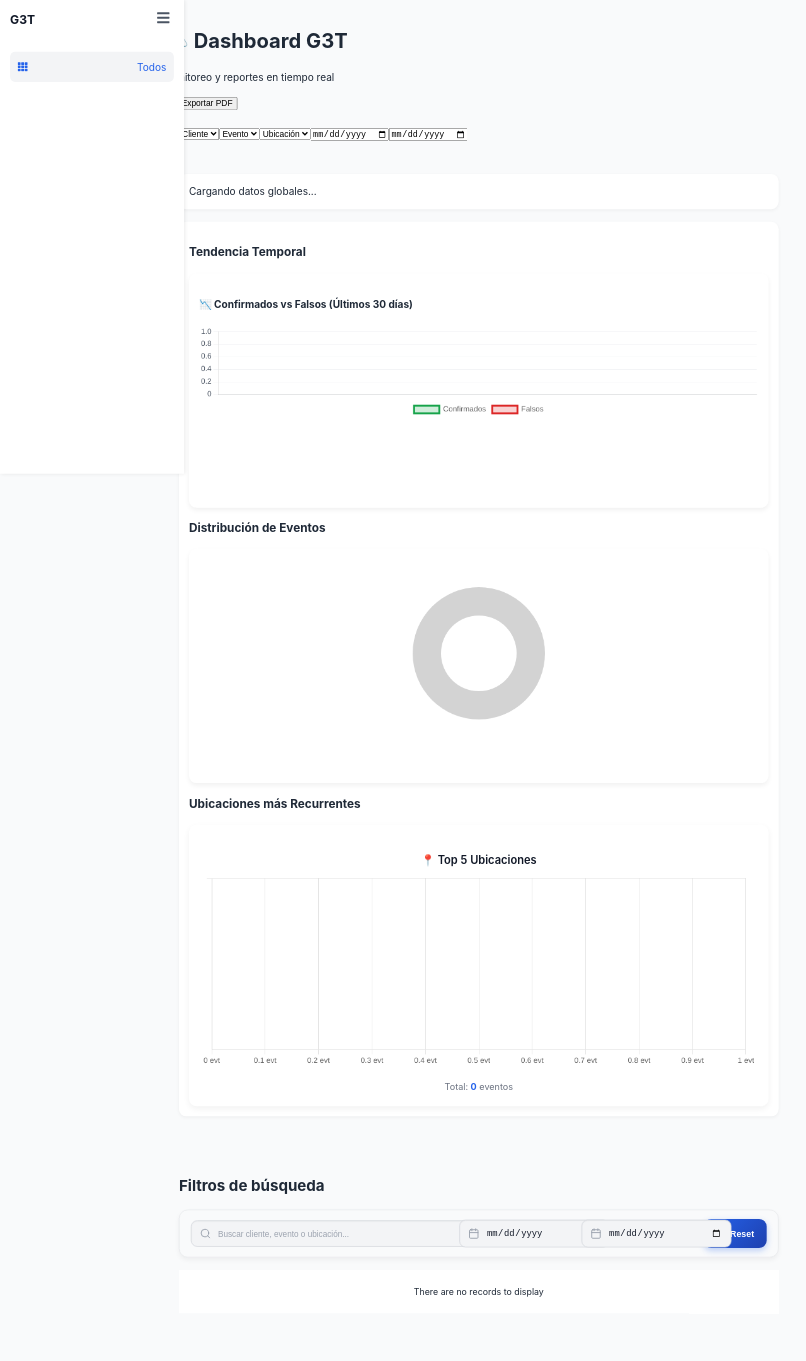
Repository: BBrian11/reportes
Page: /
An editor plug-in stored every save of this project. The page is shown before and after the next save, followed by the edit.
The browser window is 1280 px wide. The pictures show the whole page, at 63% of full size.
The page's requests for data from a server got no answer. The project was rebuilt for these pictures with package versions that can differ from the ones it lists, and the page was loaded fresh each time. Some packages were replaced by stand-ins written for this rebuild. No one was signed in, and anything a server would have sent is missing. Also part of the build but not shown: vite.config.js, src/components/Dashboard/BarChart.jsx, src/styles/tgsstats.css, src/components/Dashboard/TgsStats.jsx, src/styles/edificiostats.css, src/components/Dashboard/EdificioStats.jsx, src/styles/vtvstats.css, src/components/Dashboard/VtvStats.jsx and 6 more.

Above is the page before, as saved 2025-08-01 13:07:38.

### index.html
<!DOCTYPE html>
<html lang="es">
  <head>
    <meta charset="UTF-8" />
    <meta name="viewport" content="width=device-width, initial-scale=1.0" />
    <title>Dashboard G3T</title>
  </head>
  <body>
    <div id="root"></div>
    <script type="module" src="/src/main.jsx"></script>
  </body>
</html>

### src/main.jsx
import React from "react";
import ReactDOM from "react-dom/client";
import App from "./App.jsx";
import "./styles/dashboard.css";
import "./styles/form.css";

ReactDOM.createRoot(document.getElementById("root")).render(
  <React.StrictMode>
    <App />
  </React.StrictMode>
);

### src/App.jsx
import React from "react";
import Dashboard from "./components/Dashboard/Dashboard.jsx";

export default function App() {
  return <Dashboard />;
}

### src/components/Dashboard/Sidebar.jsx
import React, { useState, useMemo } from "react";
import {
  FaBars,
  FaBuilding,
  FaTools,
  FaCar,
  FaHome,
  FaTh,
  FaChevronDown,
  FaChevronUp,
} from "react-icons/fa";
import "../../styles/sidebar.css";

export default function Sidebar({ eventos, onSelectCliente, onSelectUbicacion }) {
  const [collapsed, setCollapsed] = useState(false);
  const [activeCliente, setActiveCliente] = useState("Todos");
  const [expanded, setExpanded] = useState(null);
  const [searchTerm, setSearchTerm] = useState("");

  // ✅ Construir estructura: Cliente -> Grupo -> Ubicación
  const estructura = useMemo(() => {
    const map = {};

    eventos.forEach((e) => {
      const cliente = e.cliente || "Otros";
      const grupo = e.grupo || e.ubicacion?.split(" ")[0] || "General"; // Ej: "Edificio CALVO"
      const ubicacion = e.ubicacion || "Sin ubicación";

      if (!map[cliente]) {
        map[cliente] = {};
      }
      if (!map[cliente][grupo]) {
        map[cliente][grupo] = new Set();
      }
      map[cliente][grupo].add(ubicacion);
    });

    return map; // { Cliente: { Grupo: [Ubicaciones] } }
  }, [eventos]);

  const iconos = {
    TGS: <FaTools />,
    Edificios: <FaBuilding />,
    VTV: <FaCar />,
    Barrios: <FaHome />,
    Todos: <FaTh />,
  };

  const handleSelectCliente = (cliente) => {
    setActiveCliente(cliente);
    onSelectCliente(cliente);
  };

  const toggleExpand = (cliente) => {
    setExpanded(expanded === cliente ? null : cliente);
    setSearchTerm(""); // Reset búsqueda
  };

  return (
    <aside className={`sidebar ${collapsed ? "collapsed" : ""}`}>
      <div className="sidebar-header">
        {!collapsed && <span className="logo-text">G3T</span>}
        <button className="toggle-btn" onClick={() => setCollapsed(!collapsed)}>
          <FaBars />
        </button>
      </div>

      <nav>
        <ul>
          {/* Opción general */}
          <li
            className={`sidebar-link ${activeCliente === "Todos" ? "active" : ""}`}
            onClick={() => handleSelectCliente("Todos")}
          >
            {iconos.Todos} {!collapsed && <span>Todos</span>}
          </li>

          {/* Clientes dinámicos */}
          {Object.keys(estructura).map((cliente, idx) => (
            <li key={idx} className="sidebar-item">
              <div
                className={`sidebar-link ${activeCliente === cliente ? "active" : ""}`}
                onClick={() => handleSelectCliente(cliente)}
              >
                {iconos[cliente] || <FaBuilding />}
                {!collapsed && (
                  <>
                    <span>{cliente}</span>
                    <button
                      className="expand-btn"
                      onClick={(e) => {
                        e.stopPropagation();
                        toggleExpand(cliente);
                      }}
                    >
                      {expanded === cliente ? <FaChevronUp /> : <FaChevronDown />}
                    </button>
                  </>
                )}
              </div>

              {/* Submenú: grupos y ubicaciones */}
              {expanded === cliente && !collapsed && (
                <div className="sub-menu">
                  <input
                    type="text"
                    placeholder="Buscar ubicación..."
                    value={searchTerm}
                    onChange={(e) => setSearchTerm(e.target.value)}
                    className="search-input"
                  />

                  <div className="scrollable-list">
                    {Object.keys(estructura[cliente]).map((grupo, gIdx) => (
                      <div key={gIdx} className="grupo">
                        <strong>{grupo}</strong>
                        <ul>
                          {[...estructura[cliente][grupo]]
                            .filter((u) =>
                              u.toLowerCase().includes(searchTerm.toLowerCase())
                            )
                            .map((ubicacion, i) => (
                              <li
                                key={i}
                                onClick={() => onSelectUbicacion(cliente, ubicacion)}
                                className="sub-item"
                              >
                                {ubicacion}
                              </li>
                            ))}
                        </ul>
                      </div>
                    ))}
                  </div>
                </div>
              )}
            </li>
          ))}
        </ul>
      </nav>
    </aside>
  );
}

### src/components/Dashboard/Header.jsx
import React from 'react';

export default function Header() {
  return (
    <div className="bg-gradient-to-r from-blue-700 to-indigo-800 text-white p-4 rounded-lg shadow-md flex justify-between items-center mb-4">
      <div>
        <h1 className="text-xl font-bold">📡 Dashboard G3T</h1>
        <p className="text-sm">Monitoreo y reportes en tiempo real</p>
      </div>
      <button className="bg-white text-blue-900 px-4 py-2 rounded shadow hover:bg-gray-200 transition">
        📄 Exportar PDF
      </button>
    </div>
  );
}

### src/components/Dashboard/Filters.jsx
import React from 'react';

export default function Filters() {
  return (
    <div className="bg-white p-4 rounded-lg shadow mb-4 flex flex-wrap gap-2">
      <select className="border p-2 rounded w-full md:w-auto">
        <option>Cliente</option>
      </select>
      <select className="border p-2 rounded w-full md:w-auto">
        <option>Evento</option>
      </select>
      <select className="border p-2 rounded w-full md:w-auto">
        <option>Ubicación</option>
      </select>
      <input type="date" className="border p-2 rounded w-full md:w-auto" />
      <input type="date" className="border p-2 rounded w-full md:w-auto" />
    </div>
  );
}

### src/components/Dashboard/Charts.jsx
import React from "react";
import BarChart from "./BarChart";
import PieChart from "./PieChart";
import LineChart from "./LineChart";
import HorizontalChart from "./HorizontalChart";
import {
  Chart as ChartJS,
  CategoryScale,
  LinearScale,
  BarElement,
  ArcElement,
  PointElement,
  LineElement,
  Title,
  Tooltip,
  Legend,
} from "chart.js";

ChartJS.register(
  CategoryScale,
  LinearScale,
  BarElement,
  ArcElement,
  PointElement,
  LineElement,
  Title,
  Tooltip,
  Legend
);

export default function Charts({ eventos }) {
  return (
    <div className="grid grid-cols-1 lg:grid-cols-2 xl:grid-cols-3 gap-6 mb-6">
      {/* ✅ Eventos por mes */}


      {/* ✅ Tendencia Temporal */}
      <div className="bg-white rounded-xl shadow p-4 hover:shadow-lg transition">
        <h3 className="text-lg font-semibold mb-4">Tendencia Temporal</h3>
        <LineChart eventos={eventos} />
      </div>

      {/* ✅ Distribución por Tipo de Evento */}
      <div className="bg-white rounded-xl shadow p-4 hover:shadow-lg transition">
        <h3 className="text-lg font-semibold mb-4">Distribución de Eventos</h3>
        <PieChart eventos={eventos} />
      </div>

      {/* ✅ Ubicaciones más Recurrentes */}
      <div className="bg-white rounded-xl shadow p-4 hover:shadow-lg transition col-span-2">
        <h3 className="text-lg font-semibold mb-4">Ubicaciones más Recurrentes</h3>
        <HorizontalChart eventos={eventos} />
      </div>

      {/* ✅ Comparativa Día vs Noche */}

    </div>
  );
}

### src/styles/sidebar.css
.sidebar {
    width: 260px;
    background: #fff;
    height: 100vh;
    position: fixed;
    top: 0;
    left: 0;
    display: flex;
    flex-direction: column;
    padding: 16px;
    box-shadow: 2px 0 6px rgba(0, 0, 0, 0.08);
    transition: width 0.3s ease;
    overflow: hidden;
  }

  .sidebar.collapsed {
    width: 80px;
  }

  .sidebar-header {
    display: flex;
    justify-content: space-between;
    align-items: center;
    margin-bottom: 20px;
  }

  .logo-text {
    font-size: 1.2rem;
    font-weight: 700;
    color: #111827;
  }

  .toggle-btn {
    background: none;
    border: none;
    font-size: 1.4rem;
    cursor: pointer;
    color: #4b5563;
  }

  .sidebar ul {
    list-style: none;
    padding: 0;
  }

  .sidebar-item {
    margin-bottom: 6px;
  }

  .sidebar-link {
    display: flex;
    align-items: center;
    justify-content: space-between;
    padding: 12px;
    border-radius: 8px;
    color: #374151;
    cursor: pointer;
    transition: background 0.2s ease;
  }

  .sidebar-link:hover,
  .sidebar-link.active {
    background: #f3f4f6;
    color: #2563eb;
  }

  .sub-menu {
    background: #f9fafb;
    margin-top: 6px;
    border-radius: 6px;
    padding: 8px;
  }

  .search-input {
    width: 100%;
    padding: 6px 10px;
    border-radius: 6px;
    border: 1px solid #d1d5db;
    margin-bottom: 8px;
    font-size: 0.9rem;
  }

  .scrollable-list {
    max-height: 180px; /* ✅ Scroll interno */
    overflow-y: auto;
  }

  .scrollable-list ul {
    list-style: none;
    padding-left: 12px;
    margin: 4px 0;
  }

  .sub-item {
    padding: 6px;
    cursor: pointer;
    border-radius: 4px;
    font-size: 0.9rem;
    color: #4b5563;
  }

  .sub-item:hover {
    background: #e5e7eb;
    color: #111827;
  }

  .grupo {
    margin-bottom: 8px;
  }

  .grupo strong {
    font-size: 0.85rem;
    color: #6b7280;
    display: block;
    margin-bottom: 4px;
  }

### src/components/Dashboard/PieChart.jsx
// src/components/Dashboard/PieChart.jsx
import React, { useEffect } from "react";
import * as echarts from "echarts";

export default function PieChart({ eventos }) {
  useEffect(() => {
    const chartDom = document.getElementById("pieChart");
    const myChart = echarts.init(chartDom);

    const eventCounts = {};
    eventos.forEach((e) => {
      eventCounts[e.evento] = (eventCounts[e.evento] || 0) + 1;
    });

    const data = Object.keys(eventCounts).map((key) => ({
      name: key,
      value: eventCounts[key],
    }));

    myChart.setOption({
      tooltip: { trigger: "item" },
      series: [
        {
          type: "pie",
          radius: ["40%", "70%"],
          avoidLabelOverlap: false,
          label: { show: true, formatter: "{b}: {c}" },
          data: data,
        },
      ],
    });

    return () => myChart.dispose();
  }, [eventos]);

  return   <div className="bar-chart-card"><div id="pieChart" style={{ height: "300px" }}></div></div>;
}

### src/components/Dashboard/LineChart.jsx
import { Line } from "react-chartjs-2";

export default function LineChart({ eventos }) {
  // ✅ Filtrar últimos 30 días
  const hoy = new Date();
  const hace30dias = new Date();
  hace30dias.setDate(hoy.getDate() - 30);

  const ultimosEventos = eventos.filter(
    (e) => e.fechaObj && e.fechaObj >= hace30dias && e.fechaObj <= hoy
  );

  // ✅ Agrupar confirmados vs falsos por día
  const grouped = {};
  ultimosEventos.forEach((e) => {
    const key = e.fechaObj.toLocaleDateString("es-AR", {
      day: "2-digit",
      month: "short",
    });

    if (!grouped[key]) grouped[key] = { confirmados: 0, falsos: 0 };
    if (e.evento.toLowerCase().includes("confirmado")) {
      grouped[key].confirmados += 1;
    } else if (e.evento.toLowerCase().includes("falso")) {
      grouped[key].falsos += 1;
    }
  });

  // ✅ Ordenar fechas
  const sortedKeys = Object.keys(grouped).sort((a, b) => {
    const parseKey = (str) => {
      const [day, month] = str.split(" ");
      const meses = [
        "ene", "feb", "mar", "abr", "may", "jun",
        "jul", "ago", "sep", "oct", "nov", "dic"
      ];
      return new Date(new Date().getFullYear(), meses.indexOf(month), parseInt(day));
    };
    return parseKey(a) - parseKey(b);
  });

  const data = {
    labels: sortedKeys,
    datasets: [
      {
        label: "Confirmados",
        data: sortedKeys.map((k) => grouped[k].confirmados),
        borderColor: "#16a34a",
        backgroundColor: "rgba(22, 163, 74, 0.2)",
        fill: true,
        tension: 0.3,
        pointBackgroundColor: "#16a34a",
      },
      {
        label: "Falsos",
        data: sortedKeys.map((k) => grouped[k].falsos),
        borderColor: "#dc2626",
        backgroundColor: "rgba(220, 38, 38, 0.2)",
        fill: true,
        tension: 0.3,
        pointBackgroundColor: "#dc2626",
      },
    ],
  };

  const options = {
    responsive: true,
    maintainAspectRatio: false,
    plugins: {
      legend: { position: "bottom" },
      tooltip: {
        callbacks: {
          label: (ctx) => `${ctx.dataset.label}: ${ctx.parsed.y} eventos`,
        },
      },
    },
    scales: {
      x: {
        ticks: { color: "#4b5563", font: { size: 12 } },
        grid: { display: false },
      },
      y: {
        beginAtZero: true,
        ticks: { color: "#4b5563" },
        grid: { color: "#f3f4f6" },
      },
    },
  };

  return (
    <div className="bar-chart-card">
    <div className="line-chart-card">
      <h4 className="line-chart-title">📉 Confirmados vs Falsos (Últimos 30 días)</h4>
      <div className="line-chart-wrapper">
        <Line data={data} options={options} />
      </div>
    </div>    </div>
  );
}

### src/components/Dashboard/HorizontalChart.jsx
import { Bar } from "react-chartjs-2";
import "../../styles/horizontalchart.css"; // ✅ Nueva hoja de estilos

export default function HorizontalChart({ eventos }) {
  const countByLocation = {};
  eventos.forEach(e => {
    countByLocation[e.ubicacion] = (countByLocation[e.ubicacion] || 0) + 1;
  });

  const sorted = Object.entries(countByLocation)
    .sort((a, b) => b[1] - a[1])
    .slice(0, 5);

  const labels = sorted.map(([loc]) => loc);
  const values = sorted.map(([_, count]) => count);
  const total = values.reduce((a, b) => a + b, 0);

  const colors = ["#2563eb", "#16a34a", "#f59e0b", "#dc2626", "#6b7280"];

  const data = {
    labels,
    datasets: [
      {
        label: "Eventos",
        data: values,
        backgroundColor: colors,
        borderRadius: 6,
        barThickness: 28,
      },
    ],
  };

  const options = {
    indexAxis: "y",
    responsive: true,
    maintainAspectRatio: false,
    plugins: {
      legend: { display: false },
      tooltip: {
        callbacks: {
          label: (ctx) => {
            const count = ctx.parsed.x;
            const pct = ((count / total) * 100).toFixed(1);
            return ` ${count} eventos (${pct}%)`;
          },
        },
      },
    },
    scales: {
      x: {
        ticks: {
          callback: (value) => value + " evt",
        },
      },
    },
  };

  return (
    <div className="horizontal-chart-card">
      <h4 className="horizontal-chart-title">📍 Top 5 Ubicaciones</h4>
      <div className="horizontal-chart-wrapper">
        <Bar data={data} options={options} />
      </div>
      <div className="horizontal-chart-footer">
        Total: <span>{total}</span> eventos
      </div>
    </div>
  );
}

### src/styles/eventstable.css
.event-table-card {
    background: #fff;
    border-radius: 12px;
    box-shadow: 0 4px 8px rgba(0,0,0,0.08);
    padding: 20px;
    margin-top: 20px;
    overflow: hidden;
  }

  .table-header {
    display: flex;
    flex-direction: column;
    margin-bottom: 16px;
  }

  .table-title {
    font-size: 1rem;
    font-weight: 700;
    color: #111827;
    display: flex;
    align-items: center;
    gap: 8px;
  }

  .table-subtitle {
    font-size: 0.85rem;
    color: #6b7280;
  }

  .rdt_TableHeader {
    border-bottom: 1px solid #e5e7eb;
  }

  .rdt_Table {
    font-size: 14px;
  }

  .rdt_TableRow {
    transition: background 0.2s ease;
  }

  .rdt_TableRow:hover {
    background: #f9fafb;
  }

  .rdt_Pagination {
    border-top: 1px solid #e5e7eb;
    padding: 10px;
    font-size: 0.85rem;
  }
  .table-header {
    display: flex;
    justify-content: space-between;
    align-items: center;
    margin-bottom: 16px;
    flex-wrap: wrap;
    gap: 12px;
  }

  .table-title-container {
    display: flex;
    flex-direction: column;
  }

  .table-search input {
    padding: 10px 14px;
    border-radius: 8px;
    border: 1px solid #d1d5db;
    font-size: 14px;
    width: 280px;
    transition: 0.3s;
  }

  .table-search input:focus {
    border-color: #2563eb;
    outline: none;
    box-shadow: 0 0 0 2px rgba(37, 99, 235, 0.2);
  }
  /* Botones SweetAlert */
.swal2-popup {
  border-radius: 16px !important;
  padding: 20px !important;
  font-family: 'Poppins', sans-serif;
}

.swal2-title {
  color: #2563eb !important;
  font-size: 20px !important;
  font-weight: bold !important;
}

.swal2-textarea {
  border-radius: 10px !important;
  border: 1px solid #d1d5db !important;
  font-size: 14px;
  min-height: 100px;
}

.btn-save-swal {
  background: #2563eb !important;
  color: white !important;
  border-radius: 8px !important;
  padding: 10px 20px !important;
  font-size: 14px !important;
}

.btn-cancel-swal {
  background: #e5e7eb !important;
  color: #111827 !important;
  border-radius: 8px !important;
  padding: 10px 20px !important;
  font-size: 14px !important;
}/* ===== Contenedor de Filtros ===== */
/* ===== Contenedor de Filtros ===== */
/* ===== Contenedor de Filtros ===== */
/* ===== Contenedor de Filtros ===== */
.filters-container {
  display: grid;
  grid-template-columns: 1fr 180px 180px auto; /* Buscador largo + fechas + botón */
  gap: 14px;
  align-items: center;
  background: #f9fafb;
  border: 1px solid #e5e7eb;
  border-radius: 14px;
  padding: 14px 18px;
  margin-bottom: 20px;
  box-shadow: 0 4px 8px rgba(0, 0, 0, 0.05);
}

/* Responsive: Tablets */
@media (max-width: 1024px) {
  .filters-container {
    grid-template-columns: 1fr 1fr;
  }
}

/* Responsive: Mobile */
@media (max-width: 768px) {
  .filters-container {
    grid-template-columns: 1fr;
  }
}

/* ===== Inputs Modernos ===== */
.filters-container .icon-wrapper {
  position: relative;
  width: 100%;
}

.filters-container .icon-wrapper input {
  width: 100%;
  padding: 12px 14px 12px 42px; /* Espacio para ícono */
  border-radius: 10px;
  border: 1px solid #d1d5db;
  background-color: #f3f4f6;
  font-size: 14px;
  color: #111827;
  transition: all 0.3s ease;
  box-shadow: inset 0 1px 2px rgba(0, 0, 0, 0.05);
}

.filters-container .icon-wrapper input:focus {
  border-color: #2563eb;
  background-color: #ffffff;
  outline: none;
  box-shadow: 0 0 0 3px rgba(37, 99, 235, 0.15);
}

/* Placeholder */
.filters-container .icon-wrapper input::placeholder {
  color: #9ca3af;
  font-size: 13px;
}

/* ===== Íconos dentro de inputs ===== */
.filters-container .icon-wrapper svg {
  position: absolute;
  left: 14px;
  top: 50%;
  transform: translateY(-50%);
  color: #9ca3af;
  font-size: 18px;
  pointer-events: none;
}

/* ===== Botón Reset ===== */
.reset-wrapper {
  display: flex;
  justify-content: flex-end;
}

.reset-wrapper button {
  display: flex;
  align-items: center;
  justify-content: center;
  gap: 8px;
  background: linear-gradient(135deg, #2563eb, #1e40af);
  color: #fff;
  font-size: 14px;
  font-weight: 600;
  border: none;
  border-radius: 12px;
  padding: 12px 20px;
  cursor: pointer;
  min-width: 100px;
  height: 46px;
  box-shadow: 0 4px 10px rgba(37, 99, 235, 0.3);
  transition: all 0.3s ease-in-out;
}

.reset-wrapper button:hover {
  background: linear-gradient(135deg, #1e40af, #1d4ed8);
  transform: translateY(-2px);
}

.reset-wrapper button:active {
  transform: scale(0.98);
}

### src/styles/barChart.css
.bar-chart-card {
    background: #fff;
    border-radius: 12px;
    padding: 16px;
    box-shadow: 0 4px 8px rgba(0, 0, 0, 0.06);
    display: flex;
    flex-direction: column;
    gap: 12px;
    height: 340px;
  }

  .bar-chart-title {
    font-size: 1rem;
    font-weight: 600;
    color: #111827;
    text-align: center;
  }

  .bar-chart-wrapper {
    position: relative;
    height: 250px;
  }

### src/styles/horizontalchart.css
.horizontal-chart-card {
    background: #fff;
    border-radius: 12px;
    padding: 20px;
    box-shadow: 0 4px 10px rgba(0, 0, 0, 0.06);
    display: flex;
    flex-direction: column;
    justify-content: space-between;
    height: 100%;
    transition: transform 0.2s ease, box-shadow 0.2s ease;
  }

  .horizontal-chart-card:hover {
    transform: translateY(-4px);
    box-shadow: 0 8px 16px rgba(0, 0, 0, 0.08);
  }

  .horizontal-chart-title {
    font-size: 1.1rem;
    font-weight: 600;
    color: #111827;
    margin-bottom: 16px;
    text-align: center;
  }

  .horizontal-chart-wrapper {
    position: relative;
    height: 300px;
    margin-bottom: 12px;
  }

  .horizontal-chart-footer {
    font-size: 0.9rem;
    color: #6b7280;
    text-align: center;
    margin-top: 8px;
  }

  .horizontal-chart-footer span {
    font-weight: bold;
    color: #2563eb;
  }

Loaded but not shown: src/services/firebase.js (16 lines, source omitted); src/styles/dashboard.css (673 lines, source omitted); src/components/Dashboard/EventsTable.jsx (182 lines, source omitted); src/components/Dashboard/Dashboard.jsx (150 lines, source omitted); src/components/Dashboard/GlobalStats.jsx (148 lines, source omitted)

After the next save:
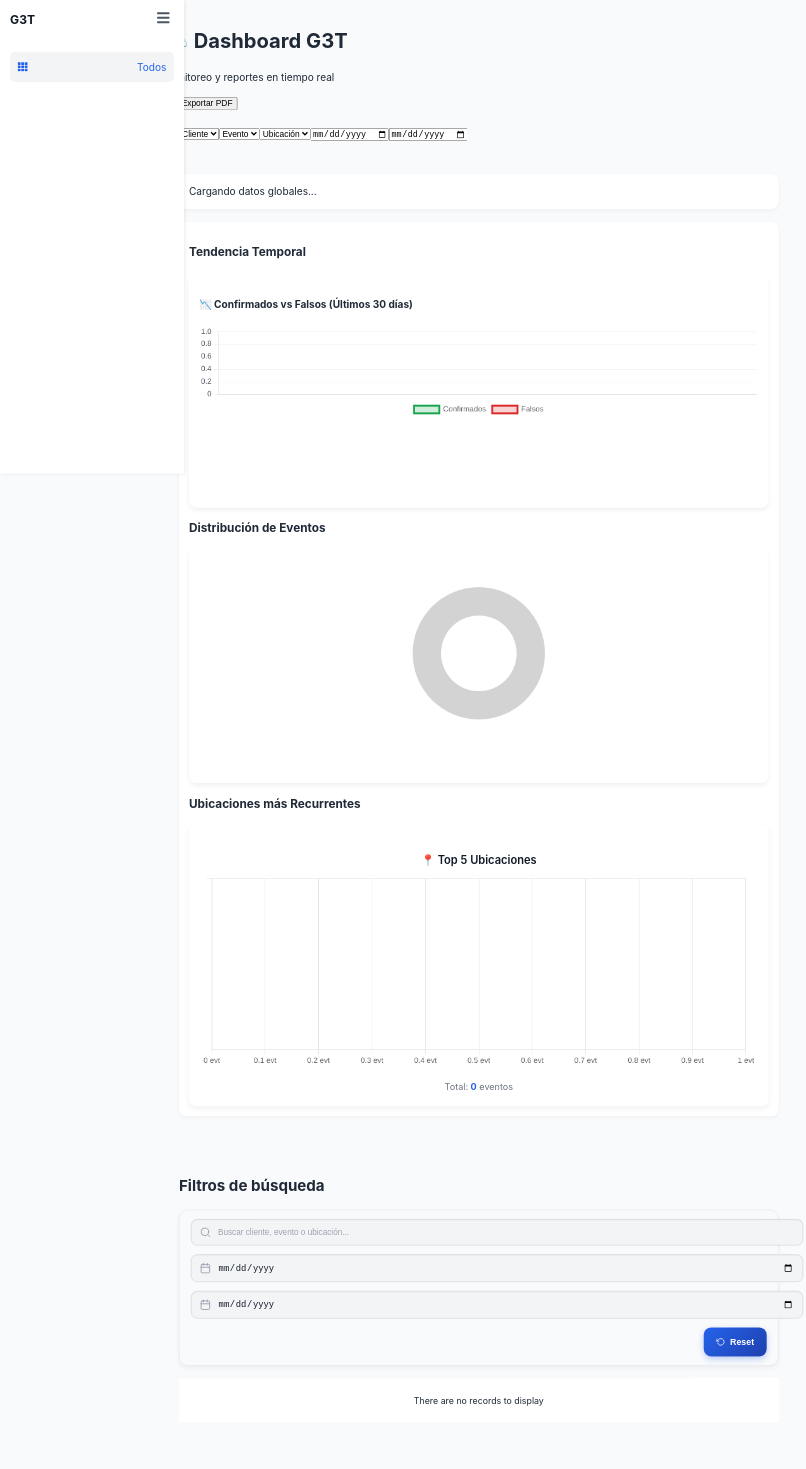
Saved 73 s later.
--- a/src/styles/eventstable.css
+++ b/src/styles/eventstable.css
@@ -116,7 +116,7 @@
 /* ===== Contenedor de Filtros ===== */
 .filters-container {
   display: grid;
-  grid-template-columns: 1fr 180px 180px auto; /* Buscador largo + fechas + botón */
+  grid-template-columns: auto; /* Buscador largo + fechas + botón */
   gap: 14px;
   align-items: center;
   background: #f9fafb;
